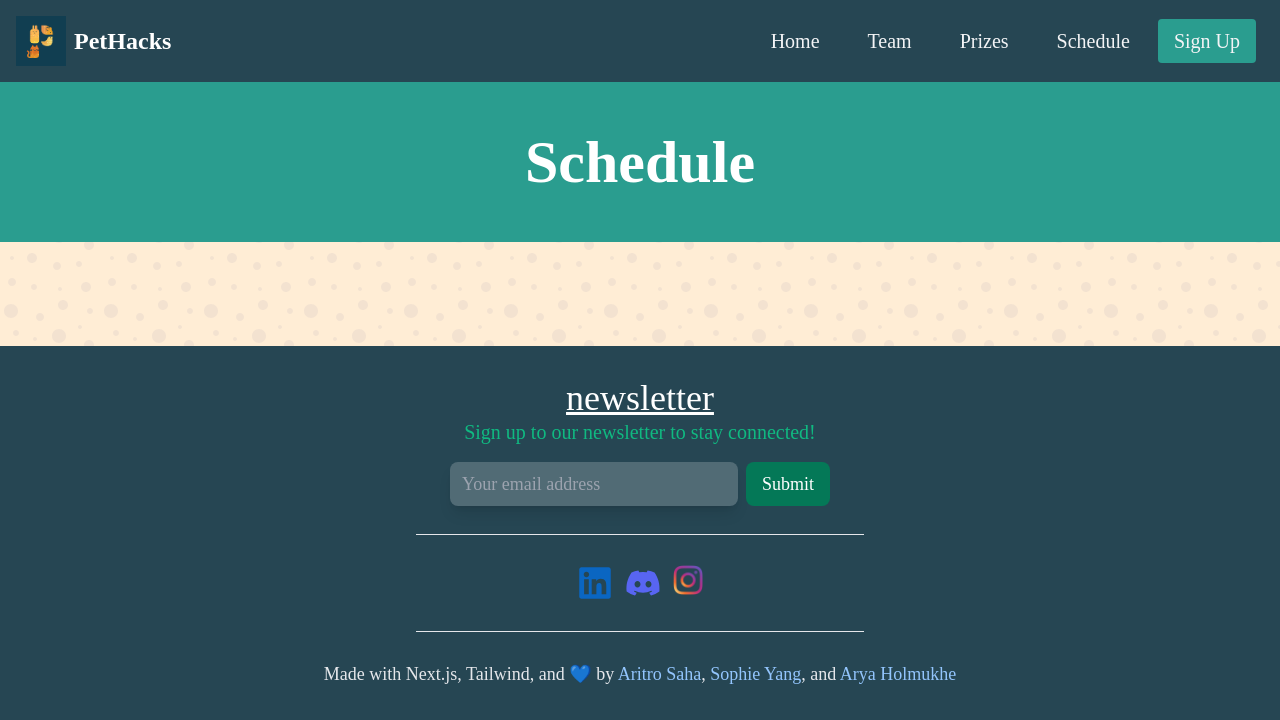
Repository: AritroSaha10/pethacks-website
Page: /schedule
These files come from the project's save history. The page is drawn as it stood at one moment and after a run of saves; the edit follows.
The browser window is 1280 px wide. The pictures show the whole page.
Some web fonts or font styles are not loaded; a fallback is used. The project was rebuilt for these pictures with package versions that can differ from the ones it lists, and the page was loaded fresh each time. The framework's server and built-in components were replaced by stand-ins that run in the browser. Also part of the build but not shown: next.config.js.

Above is the page before, as saved 2022-09-10 08:52:33.

### pages/schedule.tsx
import Layout from '../components/Layout'
import Navbar from "@components/Navbar"
import SectionHead from "@components/SectionHead"

export default function Schedule() {
    return (
        <Layout name="Schedule" noNavbar>
            <Navbar />
            <SectionHead title="Schedule" subtitle="" />
        </Layout>
    )
}

### styles/globals.css
@import url('https://fonts.googleapis.com/css2?family=Gaegu&family=Space+Mono&display=swap');

@tailwind base;
@tailwind components;
@tailwind utilities;

@layer base {
    html {
        font-family: Gaegu;
    }
}

.svg-background {
    background-image: url("data:[embedded picture, 1230 characters]");
}

.wiggles-background {
    background-image: url("data:[embedded picture, 494 characters]");
}

### components/Layout.tsx
import Head from "next/head"

import Navbar from "./Navbar"
import Footer from "./Footer"

import { m } from "framer-motion"

const transition = { ease: [0.6, 0.01, -0.05, 0.9] };

const contentVariants = {
    initial: { y: 200, opacity: 0 },
    animate: { y: 0, opacity: 1 },
    exit: { y: -200, opacity: 0 },
    transition: { duration: 0.4, ...transition }
}

export default function Layout({ name, children, noAnim, noNavbar }: { name: string, children: any, noAnim?: boolean, noNavbar?: boolean }) {
    const title = `${name} | PetHacks`;
    const description = "WEBSITE DESCRIPTION";
    const imageSrc = "CHANGE ME"

    return (
        <div className="flex flex-col min-h-screen bg-orange-100 overflow-hidden" key={name}>
            <Head>
                <title>{title}</title>
                <meta name="description" content={description} />

                <meta property="og:title" content={title} />
                <meta property="og:description" content={description} />
                <meta property="og:type" content="website" />
                <meta property="og:image" content={imageSrc} />
                <meta property="og:image:type" content="image/png" />
                <meta property="og:image:width" content="1111" />
                <meta property="og:image:height" content="1111" />

                <meta name="twitter:card" content="summary_large_image" />
                <meta name="twitter:creator" content="@YOUR_TWITTER" />
                <meta property="twitter:title" content={title} />
                <meta property="twitter:description" content={description} />
                <meta property="twitter:image:src" content={imageSrc} />
            </Head>

            {noNavbar ? <></> : <Navbar />}

            {noAnim ? (
                <div
                    className="flex-grow flex flex-col"
                >
                    {children}
                </div>
            ) : (
                <m.div
                    initial={contentVariants.initial}
                    animate={contentVariants.animate}
                    exit={contentVariants.exit}
                    transition={contentVariants.transition}
                    className="flex-grow flex flex-col svg-background"
                >
                    {children}
                </m.div>
            )}

            <Footer />
        </div>
    )
}

### components/Navbar.tsx
import Link from "next/link";
import Image from "next/image";
import { useState } from "react";

import Logo from "@media/logo.png";

import { GoThreeBars } from "react-icons/go"

const links = [
    {
        name: "Home",
        link: "/",
        id: "home",
        priority: false
    },
    {
        name: "Team",
        link: "/team",
        id: "team",
        priority: false
    },
    {
        name: "Prizes",
        link: "/prizes",
        id: "prizes",
        priority: false
    },
    {
        name: "Schedule",
        link: "/schedule",
        id: "schedule",
        priority: false
    },
    {
        name: "Sign Up",
        link: "/sign-up",
        id: "sign-up",
        priority: true
    },
];

export default function Header() {
    const [showDropdown, setShowDropdown] = useState(false);

    return (
        <header className="bg-pet-teal py-2 lg:py-4 sticky">
            <div className="container px-4 mx-auto lg:flex lg:items-center">
                <div className="flex justify-between items-center">
                    <Link href="/">
                        <a className="flex justify-between items-center font-bold text-2xl text-white gap-2">
                            <Image src={Logo} alt="logo" width={50} height={50} />
                            <span>PetHacks</span>
                        </a>
                    </Link>

                    <button
                        className="border border-solid border-gray-600 px-3 py-1 rounded text-white opacity-50 hover:opacity-75 lg:hidden"
                        aria-label="Menu"
                        data-test-id="navbar-menu"
                        onClick={
                            () => {
                                setShowDropdown(!showDropdown);
                            }}
                        >
                        <GoThreeBars />
                    </button>
                </div>

                <div className={`${showDropdown ? "flex" : "hidden"} lg:flex flex-col lg:flex-row lg:ml-auto mt-3 lg:mt-0 text-xl`} data-test-id="navbar">
                    {
                        links.map(({ name, link, priority, id }) =>
                            <Link key={name} href={link}>
                                <a
                                    className={`${priority ? "text-gray-100 bg-pet-turquoise hover:bg-pet-turquoise/50 hover:text-white text-center mt-1 lg:mt-0 lg:ml-1" : "text-gray-100 hover:bg-gray-400/20 hover:text-gray-100 "} p-2 lg:px-4 lg:mx-2 rounded duration-300 transition-colors `}
                                    data-test-id={`navbar-${id}`}
                                >
                                    {name}
                                </a>
                            </Link>
                        )
                    }
                </div>
            </div>
        </header>
    )
}

### components/SectionHead.tsx
import React from 'react';

export default function SectionHead({ title, subtitle }: { title: string, subtitle: string }) {
  return (
    <div className="h-40 bg-pet-turquoise text-center text-white grid place-content-center">
      <h1 className="font-bold text-6xl p-3">{title}</h1>
      <p>{subtitle}</p>
    </div>
  )
}

### components/Footer.tsx
import React, { useState } from 'react'
import Link from 'next/link'
import Image from 'next/image'

import axios from 'axios'

import EmailRegex from '@util/EmailRegex'

import logo from '@media/logo.png'
import InstagramLogo from "@media/ig.png"
import { FaLinkedin, FaDiscord } from 'react-icons/fa'

const buttonColoring =
    'bg-emerald-700 text-white hover:bg-white hover:text-emerald-700 active:bg-emerald-500 active:text-white transition-all duration-300'

enum EmailState {
    Neutral,
    Invalid,
    Success,
    Sending
}

export default function Footer() {
    const [emailState, setEmailState] = useState(EmailState.Neutral)

    const handleSubmit = async (e: React.FormEvent<HTMLFormElement>) => {
        e.preventDefault()

        // Extract email from form data
        const formData = Object.fromEntries(new FormData(e.currentTarget))
        const email = formData.email.toString()

        // Match using regex
        if (email === '' || !email.match(EmailRegex)) {
            setEmailState(EmailState.Invalid);
            return;
        }

        // Submit to Airtable
        setEmailState(EmailState.Sending);

        try {
            const startingTime = new Date().getTime();

            // TODO: IMPLEMENT THIS API FUNCTION
            await axios.post("/api/addToNewsletter", {
                email: email
            });

            // Slow down animation to take at least 300ms on user end so it's smoother
            await new Promise(resolve => {
                setTimeout(resolve.bind(null, null), 300 - (new Date().getTime() - startingTime));
            });
        } catch (e) {
            // We don't need the user to know of the error, but log it for later uses
            console.error("Error when sending email", e);
        }

        // Let user know it was sent successfully
        setEmailState(EmailState.Success);
    }

    return (
        <footer className="flex flex-col justify-between gap-4 px-12 lg:px-20 py-8 bg-pet-teal items-center z-[99999999] text-center sm:text-left">

            <div className="flex flex-col items-center lg:w-1/3" id="newsletter">
                <h2 className="text-4xl text-white underline">newsletter</h2>
                <p className="text-xl text-emerald-500">
                    Sign up to our newsletter to stay connected!
                </p>

                <div>
                    <form className="flex flex-col sm:flex-row items-center gap-2 mt-4 text-center lg:text-left" onSubmit={handleSubmit} noValidate>
                        <input
                            className={`text-lg rounded-lg py-2 px-3 w-60 sm:w-72 align-middle text-white outline-none focus:ring-2 focus:ring-emerald-700 duration-200 bg-white/20 shadow-lg focus:shadow-none ${emailState == EmailState.Invalid && "ring-1 ring-red-600"}`}
                            placeholder="Your email address"
                            name="email"
                            type="email"
                            onChange={() => setEmailState(EmailState.Neutral)}
                            required
                        />
                        <input
                            type="submit"
                            className={`rounded-lg py-2 px-4 w-60 sm:w-auto text-lg ${buttonColoring} hover:cursor-pointer`}
                        />
                    </form>

                    {emailState == EmailState.Invalid && (
                        <p className="text-sm text-red-500">
                            Please provide a valid email address.
                        </p>
                    )}

                    {emailState == EmailState.Success && (
                        <p className="text-sm text-emerald-400">Thanks for submitting!</p>
                    )}
                </div>
            </div>

            <hr className="h-px bg-white w-full lg:w-[40%] my-3" />

            <div className="flex items-center justify-center gap-3 text-4xl">
                <a
                    href=""
                    className="text-[#0A66C2] hover:text-[#0A66C2]/75 active:text-[#0A66C2]/50 duration-200"
                    target="_blank"
                    rel="noreferrer"
                    title="LinkedIn"
                >
                    <FaLinkedin />
                </a>

                <a
                    href=""
                    className="text-[#5865F2] hover:text-[#5865F2]/75 active:text-[#5865F2]/50 duration-200"
                    target="_blank"
                    rel="noreferrer"
                    title="Discord"
                >
                    <FaDiscord />
                </a>

                <a
                    href=""
                    className="text-[#F77737] hover:text-[#F77737]/75 active:text-[#F77737]/50 duration-200"
                    target="_blank"
                    rel="noreferrer"
                    title="Instagram"
                >
                    <Image src={InstagramLogo} width={30} height={30} alt="instagram" />
                </a>
            </div>

            <hr className="h-px bg-white w-full lg:w-[40%] my-3" />

            <p className='text-lg text-gray-200'>
                Made with Next.js, Tailwind, and 💙 by
                {" "}
                <a href="https://aritrosaha.vercel.app" target="_blank" rel="noreferrer" className='text-blue-300 hover:text-blue-500 duration-150'>
                    Aritro Saha
                </a>
                ,{" "}
                <a href="https://www.linkedin.com/in/sophie-yang-66b855216" target="_blank" rel="noreferrer" className='text-blue-300 hover:text-blue-500 duration-150'>
                    Sophie Yang
                </a>
                , and {" "}
                <a href="" target="_blank" rel="noreferrer" className='text-blue-300 hover:text-blue-500 duration-150'>
                    Arya Holmukhe
                </a>
            </p>
        </footer>
    )
}

### util/EmailRegex.ts
const EmailRegex = /(?:[a-z0-9!#$%&'*+/=?^_`{|}~-]+(?:\.[a-z0-9!#$%&'*+/=?^_`{|}~-]+)*|"(?:[\x01-\x08\x0b\x0c\x0e-\x1f\x21\x23-\x5b\x5d-\x7f]|\\[\x01-\x09\x0b\x0c\x0e-\x7f])*")@(?:(?:[a-z0-9](?:[a-z0-9-]*[a-z0-9])?\.)+[a-z0-9](?:[a-z0-9-]*[a-z0-9])?|\[(?:(?:25[0-5]|2[0-4][0-9]|[01]?[0-9][0-9]?)\.){3}(?:25[0-5]|2[0-4][0-9]|[01]?[0-9][0-9]?|[a-z0-9-]*[a-z0-9]:(?:[\x01-\x08\x0b\x0c\x0e-\x1f\x21-\x5a\x53-\x7f]|\\[\x01-\x09\x0b\x0c\x0e-\x7f])+)\])/;
export default EmailRegex;

### tailwind.config.js
/** @type {import('tailwindcss').Config} */
module.exports = {
  content: [
    "./pages/**/*.{js,ts,jsx,tsx}",
    "./components/**/*.{js,ts,jsx,tsx}",
  ],
  theme: {
    extend: {
      fontFamily: {
        desc:['Gaegu', 'cursive;']
      },
      colors: {
        "pet-teal": "#264653",
        "pet-turquoise": "#2A9D8F",
        "pet-yellow": "#E9C46A",
        "pet-lightorange": "#F4A261",
        "pet-red": "#E76F51"
      }
    },
  },
  plugins: [],
}

Loaded but not shown: pages/_app.tsx (common file)

After the next 2 saves:
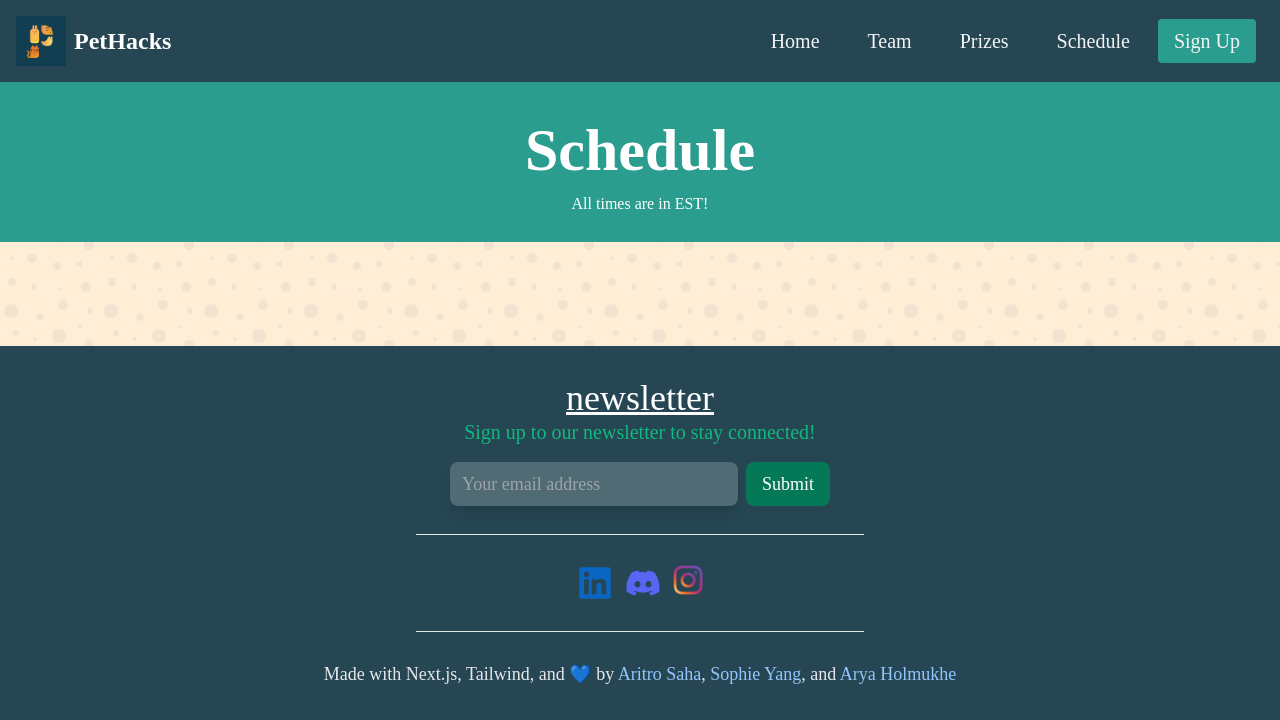
The 2 saves are shown as one change because they came seconds apart.
The last was saved 44 s later.
--- a/pages/schedule.tsx
+++ b/pages/schedule.tsx
@@ -6,7 +6,7 @@ export default function Schedule() {
     return (
         <Layout name="Schedule" noNavbar>
             <Navbar />
-            <SectionHead title="Schedule" subtitle="" />
+            <SectionHead title="Schedule" subtitle="All times are in EST!" />
         </Layout>
     )
 }
